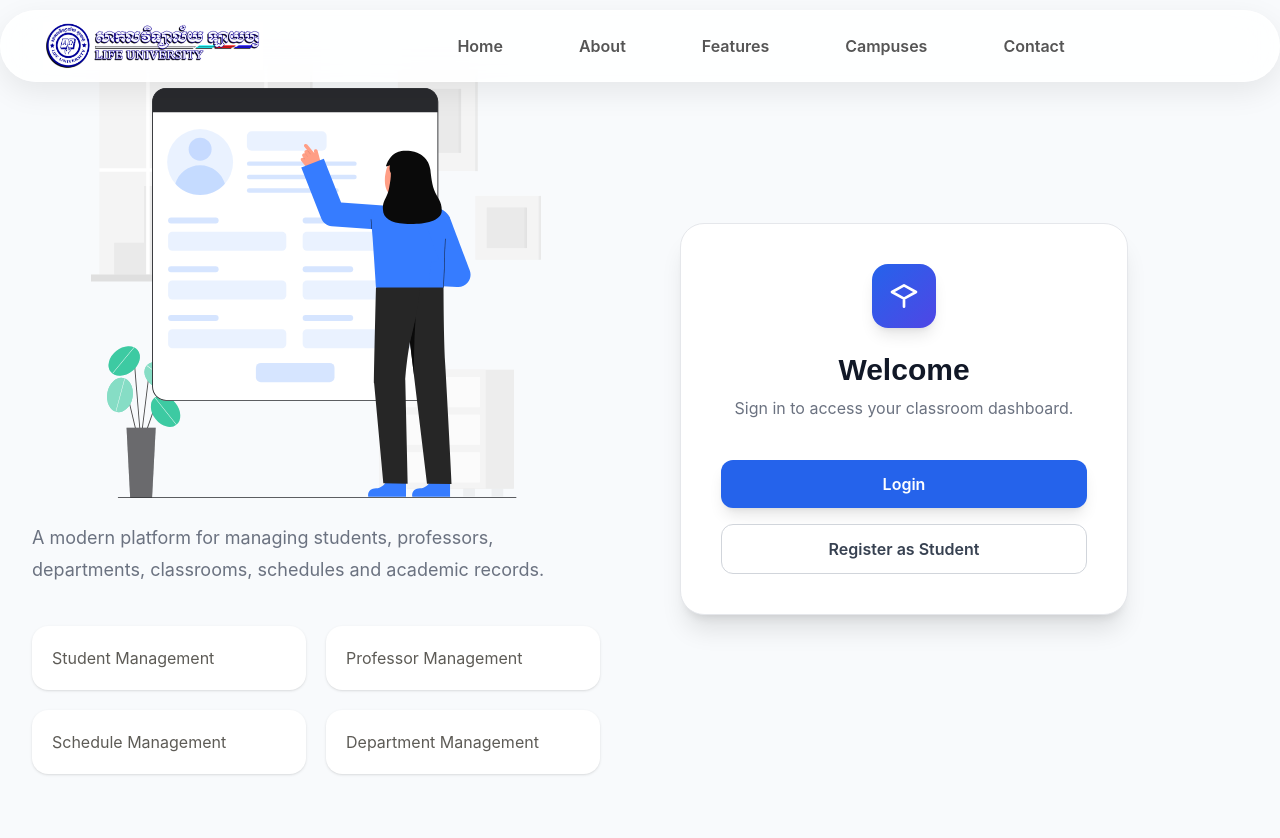
Repository: Chocovcandy/Classroom_Management_System
Page: http://localhost/Login_page
These files come from the project's save history. The page is drawn as it stood at one moment and after the next save; the edit follows.
The browser window is 1280 px wide. The pictures show the whole page.
Some web libraries are served in a nearby version. The page is served by the project's Laravel application, run on PHP 8.4 with Laravel 12. Other server files are loaded and not shown.

Above is the page before, as saved 2026-08-12 10:54:39.

### routes/web.php
<?php

use App\Http\Controllers\ProfileController;
use App\Http\Controllers\RoleSelectController;
use Illuminate\Support\Facades\Route;
use App\Http\Controllers\Admin\DepartmentController;
use App\Http\Controllers\Admin\UserController;

//public routes
Route::get('/', function () {
    return view('welcome');
})->name('welcome');

Route::get('/Login_page', function () {
    return view('Login_page');
})->name('Login_page');


// Authentication routes (login, register, etc.) are provided by Breeze
Route::middleware(['auth'])->group(function () {

    // Role selection (after login)
    Route::get('/role/select', [RoleSelectController::class, 'show'])
        ->name('role.select');

    Route::post('/role/select', [RoleSelectController::class, 'store'])
        ->name('role.select.store');

    // Profile (any logged-in user)
    Route::controller(ProfileController::class)->group(function () {
        Route::get('/profile', 'edit')->name('profile.edit');
        Route::patch('/profile', 'update')->name('profile.update');
        Route::delete('/profile', 'destroy')->name('profile.destroy');
    });

    // Admin routes
    Route::prefix('admin')
        ->name('admin.')
        ->middleware(['role:Admin'])
        ->group(function () {

            Route::view('/dashboard', 'admin.dashboard')
                ->name('dashboard');

            Route::resource('users', UserController::class);
            Route::resource('departments', DepartmentController::class);
        });

 // Dean rputes
    Route::prefix('dean')
        ->name('dean.')
        ->middleware(['role:Dean'])
        ->group(function () {
            Route::view('/dashboard', 'dean.dashboard')
                ->name('dashboard');
        });

    //HoD routes
    Route::prefix('hod')
        ->name('hod.')
        ->middleware(['role:HoD'])
        ->group(function () {
            Route::view('/dashboard', 'hod.dashboard')
                ->name('dashboard');
        });

    // Professor routes
    Route::prefix('professor')
        ->name('professor.')
        ->middleware(['role:Professor'])
        ->group(function () {
            Route::view('/dashboard', 'professor.dashboard')
                ->name('dashboard');
        });

    // Student routes
    Route::prefix('student')
        ->name('student.')
        ->middleware(['role:Student'])
        ->group(function () {
            Route::view('/dashboard', 'student.dashboard')
                ->name('dashboard');
        });


});

require __DIR__.'/auth.php';

### resources/views/Login_page.blade.php
<!DOCTYPE html>
<html lang="en">

<head>
    <meta charset="UTF-8">
    <meta name="viewport" content="width=device-width, initial-scale=1.0">
    <!--=============== BOXICONS ===============-->
    <link rel="stylesheet" href="https://cdn.jsdelivr.net/npm/boxicons@latest/css/boxicons.min.css">

    <link rel="stylesheet" href="/assets/css/login_style.css">
    <link rel="stylesheet" href="/assets/css/welcome_style.css">

    <title>Classroom Management System</title>

    <!-- Tailwind CDN (quick setup) -->
    <script src="https://cdn.tailwindcss.com"></script>
</head>
<body>

    <!--=============== HEADER ===============-->
    <header class="header">
        <nav class="nav container">
            <!-- Logo -->
            <a href="#" class="nav__brand">
                <img src="../assets/img/Life_Un_logo.png" alt="Life University" class="LU_logo">
            </a>
            <!-- Menu -->
            <div class="nav__menu">
                <ul class="nav__list">

                    <li class="nav__item">
                        <a href="#home" class="nav__link">Home</a>
                    </li>

                    <li class="nav__item">
                        <a href="#about" class="nav__link">About</a>
                    </li>

                    <li class="nav__item">
                        <a href="#features" class="nav__link">Features</a>
                    </li>

                    <li class="nav__item">
                        <a href="#campuses" class="nav__link">Campuses</a>
                    </li>

                    <li class="nav__item">
                        <a href="#contact" class="nav__link">Contact</a>
                    </li>
                </ul>
            </div>
        </nav>
    </header>
            <div class="min-h-screen bg-slate-50">


                <div class="max-w-7xl mx-auto px-8 py-16 grid lg:grid-cols-2 gap-20 items-center">
                    <div>

                        <div class="img_svg8">
                            <x-icons.form />
                        </div>

                        <p class="mt-6 text-lg text-gray-500 leading-8">

                            A modern platform for managing students,
                            professors, departments, classrooms,
                            schedules and academic records.

                        </p>

                        <div class="grid grid-cols-2 gap-5 mt-10">

                            <div class="bg-white rounded-2xl p-5 shadow">
                                Student Management
                            </div>

                            <div class="bg-white rounded-2xl p-5 shadow">
                                Professor Management
                            </div>

                            <div class="bg-white rounded-2xl p-5 shadow">
                                Schedule Management
                            </div>

                            <div class="bg-white rounded-2xl p-5 shadow">
                                Department Management
                            </div>

                        </div>

                    </div>


                    <!-- Right -->

                    <div class="w-full max-w-md bg-white rounded-3xl border border-gray-200 shadow-xl p-10">

                        <!-- Header -->
                        <div class="text-center">

                            <div
                                class="mx-auto flex h-16 w-16 items-center justify-center rounded-2xl bg-gradient-to-br from-blue-600 to-indigo-600 shadow-lg">
                                <svg xmlns="http://www.w3.org/2000/svg" class="h-8 w-8 text-white" fill="none"
                                    viewBox="0 0 24 24" stroke="currentColor">

                                    <path stroke-linecap="round" stroke-linejoin="round" stroke-width="2"
                                        d="M12 14l9-5-9-5-9 5 9 5zm0 0v6m0-6L3 9m9 5l9-5" />

                                </svg>
                            </div>

                            <h2 class="mt-6 text-3xl font-bold text-gray-900">
                                Welcome
                            </h2>

                            <p class="mt-2 text-gray-500">
                                Sign in to access your classroom dashboard.
                            </p>

                        </div>

                        @guest

                            <div class="mt-10 space-y-4">

                                <a href="{{ route('login') }}"
                                    class="flex items-center justify-center rounded-xl bg-blue-600 py-3 font-semibold text-white shadow-lg hover:bg-blue-700 hover:shadow-xl transition duration-300">

                                    Login

                                </a>

                                @if (Route::has('register'))

                                    <a href="{{ route('register') }}"
                                        class="flex items-center justify-center rounded-xl border border-gray-300 bg-white py-3 font-semibold text-gray-700 hover:bg-gray-50 transition duration-300">

                                        Register as Student

                                    </a>

                                @endif

                            </div>

                        @endguest


                        @auth

                            @php
                                $role = auth()->user()->roles->first()->role_name ?? 'User';
                            @endphp

                            <div class="mt-8">

                                <!-- User Card -->
                                <div class="rounded-2xl bg-slate-50 border border-slate-200 p-5 text-center">

                                    <div
                                        class="mx-auto flex h-14 w-14 items-center justify-center rounded-full bg-blue-100 text-blue-700 font-bold text-xl">

                                        {{ strtoupper(substr(auth()->user()->name, 0, 1)) }}

                                    </div>

                                    <h3 class="mt-4 text-xl font-semibold text-gray-900">
                                        {{ auth()->user()->name }}
                                    </h3>

                                    <span
                                        class="inline-flex mt-2 rounded-full bg-blue-100 px-3 py-1 text-sm font-medium text-blue-700">

                                        {{ $role }}

                                    </span>

                                </div>

                                <!-- Dashboard Button -->

                                @if ($role === 'Admin')
                                <a href="{{ route('admin.dashboard') }}" @elseif ($role === 'Dean')
                                href="{{ route('dean.dashboard') }}" @elseif ($role === 'HoD')
                                    href="{{ route('hod.dashboard') }}" @elseif ($role === 'Professor')
                                    href="{{ route('professor.dashboard') }}" @elseif ($role === 'Student')
                                    href="{{ route('student.dashboard') }}" @endif
                                    class="mt-6 flex justify-center rounded-xl bg-emerald-600 py-3 font-semibold text-white shadow-lg hover:bg-emerald-700 transition">

                                    Go to Dashboard

                                </a>

                                <form method="POST" action="{{ route('logout') }}" class="mt-4">
                                    @csrf

                                    <button type="submit"
                                        class="w-full rounded-xl border border-red-300 py-3 font-medium text-red-600 hover:bg-red-50 transition">

                                        Logout

                                    </button>

                                </form>

                            </div>

                        @endauth

                    </div>
                </div>



            </div>

    </div>


</body>

</html>

Loaded but not shown: routes/auth.php (common file); app/Http/Controllers/Auth/EmailVerificationPromptController.php (common file); app/Http/Controllers/Controller.php (common file); app/Http/Controllers/Auth/VerifyEmailController.php (common file); resources/views/components/icons/form.blade.php (142 lines, source omitted); public/assets/css/welcome_style.css (946 lines, source omitted); public/assets/css/login_style.css (no stored copy; drawn as an empty file)

After the next save:
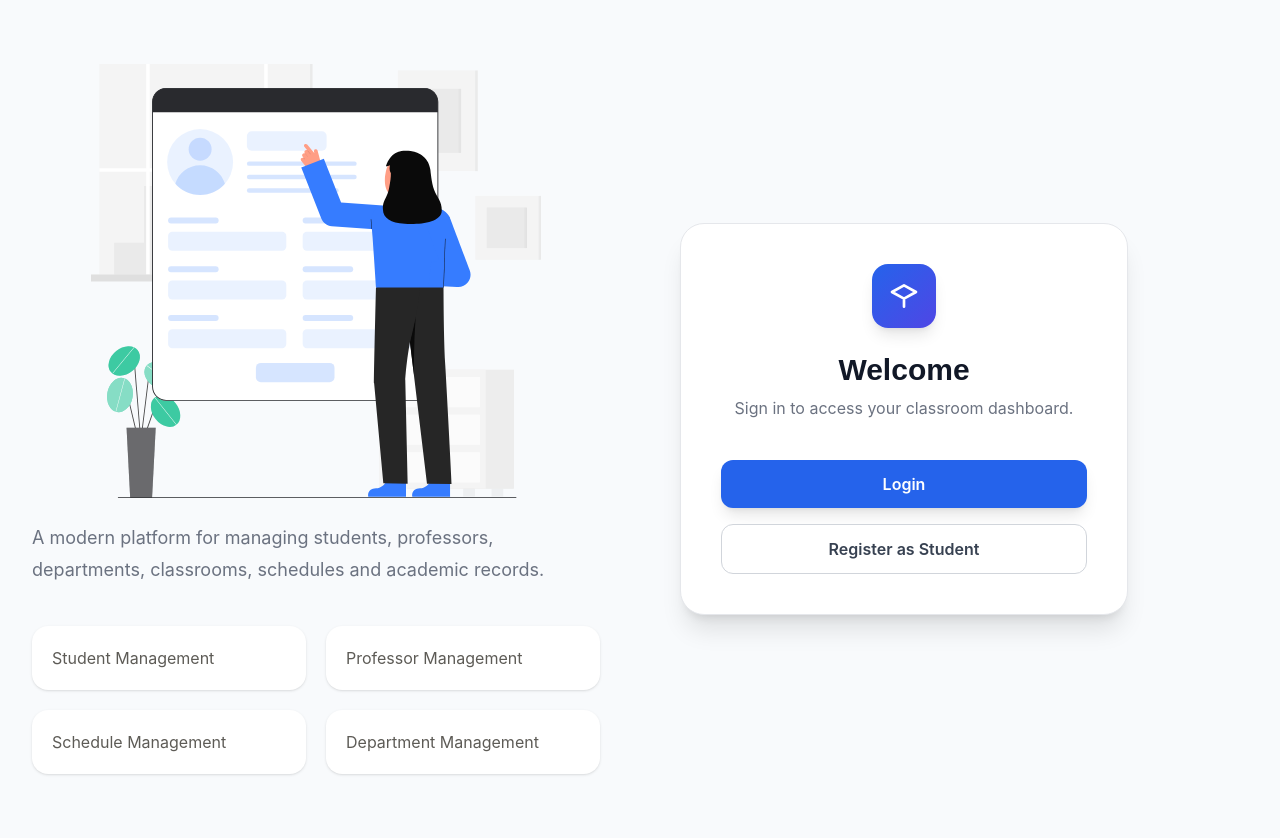
Saved 10 min 48 s later.
--- a/resources/views/Login_page.blade.php
+++ b/resources/views/Login_page.blade.php
@@ -18,39 +18,7 @@
 <body>
 
     <!--=============== HEADER ===============-->
-    <header class="header">
-        <nav class="nav container">
-            <!-- Logo -->
-            <a href="#" class="nav__brand">
-                <img src="../assets/img/Life_Un_logo.png" alt="Life University" class="LU_logo">
-            </a>
-            <!-- Menu -->
-            <div class="nav__menu">
-                <ul class="nav__list">
 
-                    <li class="nav__item">
-                        <a href="#home" class="nav__link">Home</a>
-                    </li>
-
-                    <li class="nav__item">
-                        <a href="#about" class="nav__link">About</a>
-                    </li>
-
-                    <li class="nav__item">
-                        <a href="#features" class="nav__link">Features</a>
-                    </li>
-
-                    <li class="nav__item">
-                        <a href="#campuses" class="nav__link">Campuses</a>
-                    </li>
-
-                    <li class="nav__item">
-                        <a href="#contact" class="nav__link">Contact</a>
-                    </li>
-                </ul>
-            </div>
-        </nav>
-    </header>
             <div class="min-h-screen bg-slate-50">
 
 
